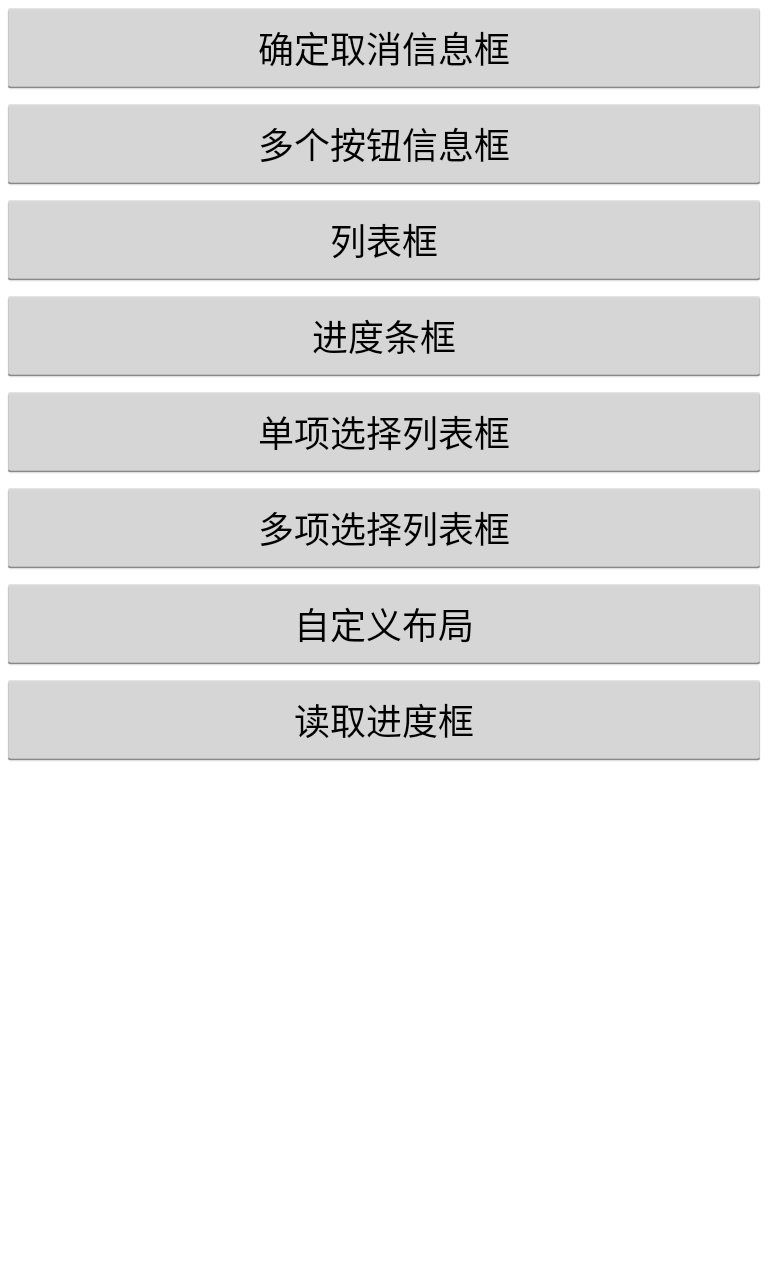
Repository: wissne/mapleproject
Layout: Android/12.Dialog/res/layout/activity_main.xml
The author's editor kept a copy of each file at every save. The layout is drawn from the files as they stood at one save, then again after the next save.
It is drawn on a 768 x 1280 px phone screen (xhdpi) without system bars, with theme AppTheme; the app's code is not run.

Above is the layout before, as saved 2012-12-16 04:15:28.

After the next save:
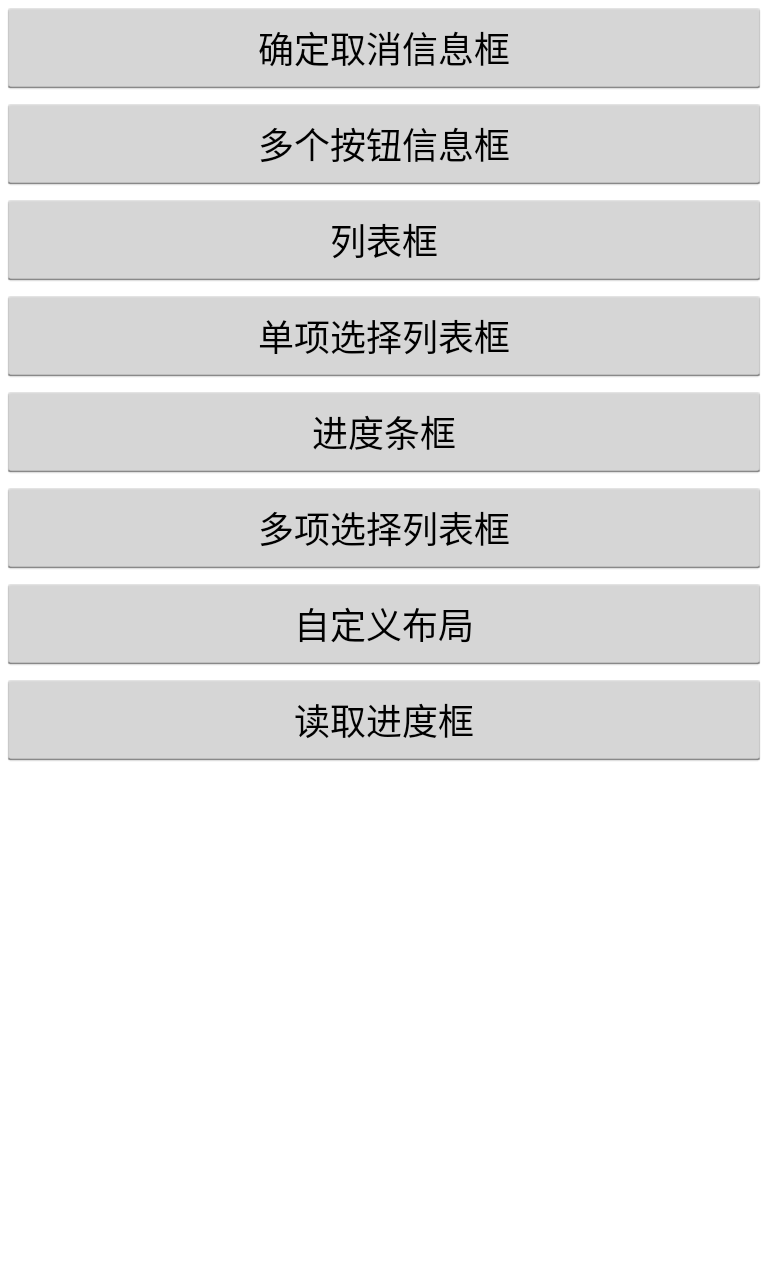
Saved 72 min 28 s later.
--- a/Android/12.Dialog/res/layout/activity_main.xml
+++ b/Android/12.Dialog/res/layout/activity_main.xml
@@ -29,13 +29,13 @@
         android:id="@+id/Button04"
         android:layout_width="match_parent"
         android:layout_height="wrap_content"
-        android:text="进度条框" />
+        android:text="单项选择列表框" />
 
     <Button
         android:id="@+id/Button05"
         android:layout_width="match_parent"
         android:layout_height="wrap_content"
-        android:text="单项选择列表框" />
+        android:text="进度条框" />
 
     <Button
         android:id="@+id/Button06"
